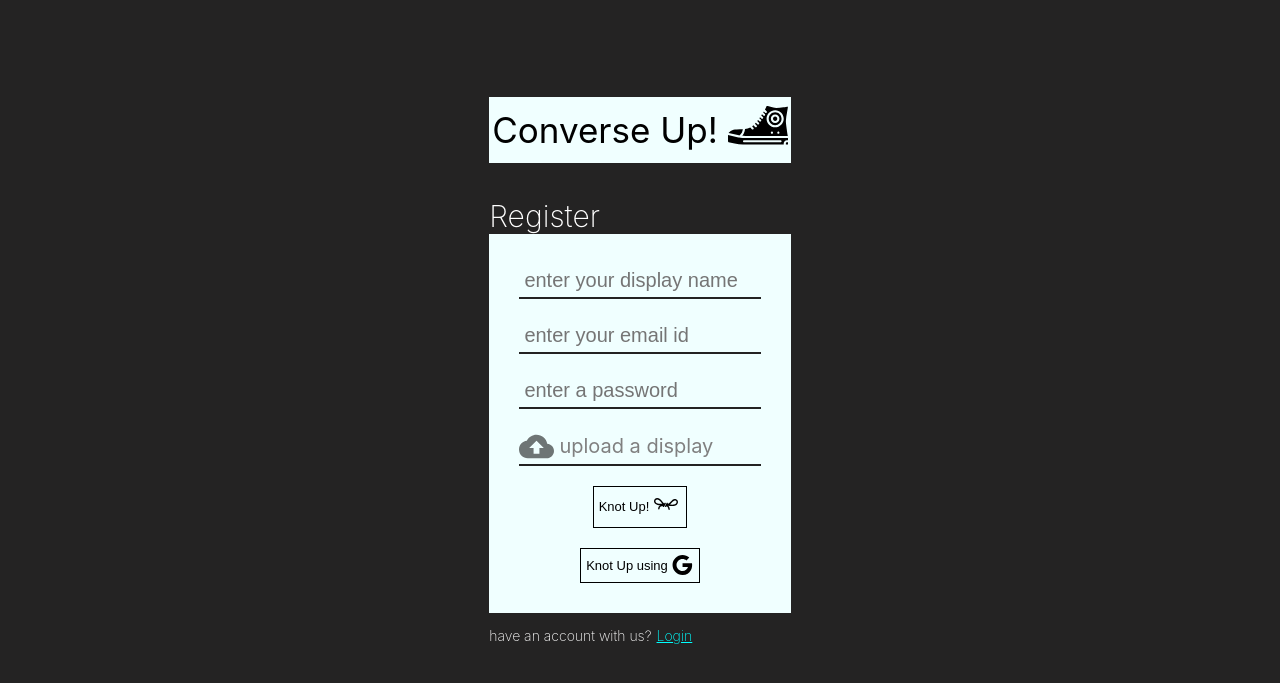
Repository: AkashCoder99/converseUp
Page: /register
These files come from the project's save history. The page is drawn as it stood at one moment and after the next save; the edit follows.
The browser window is 1280 px wide. The pictures show the whole page.
The project was rebuilt for these pictures with package versions that can differ from the ones it lists, and the page was loaded fresh each time. Also part of the build but not shown: src/Pages/Login.jsx, src/Components/Input.jsx, src/Components/Chat.jsx, src/Components/Navbar.jsx, src/Components/Search.jsx, src/Components/Chats.jsx, src/Components/Sidebar.jsx, src/Pages/Home.jsx. Imported but missing from the stored project, and not drawn on this page: src/Components/Messages.

Above is the page before, as saved 2023-04-26 16:46:53.

### src/App.js
import Register from "./Pages/Register";
import Login from "./Pages/Login";
import Home from "./Pages/Home";
import "./Style.scss";
import { BrowserRouter, Routes, Route, Navigate } from "react-router-dom";
import { AuthContext } from "./Context/AuthContext";
import { useContext } from "react";

function App() {
  const { currentUser } = useContext(AuthContext);

  const ProtectedRoute = ({ children }) => {
    if (!currentUser) {
      return <Navigate to="/login" />;
    }

    return children;
  };

  return (
    <div className="App">
      <BrowserRouter>
        <Routes>
          <Route path="/">
            <Route
              index
              element={
                <ProtectedRoute>
                  <Home />
                </ProtectedRoute>
              }
            />
            <Route path="login" element={<Login />} />
            <Route path="register" element={<Register />} />
          </Route>
        </Routes>
      </BrowserRouter>
    </div>
  );
}

export default App;

### src/Context/AuthContext.js
import { createContext, useEffect, useState } from "react";
import { auth } from "../firebase.config";
import { onAuthStateChanged } from "firebase/auth";

export const AuthContext = createContext();

export const AuthContextProvider = ({ children }) => {
  const [currentUser, setCurrentUser] = useState({});

  useEffect(() => {
    const unsub = onAuthStateChanged(auth, (user) => {
      setCurrentUser(user);
      console.log(user);
    });

    return () => {
      unsub();
    };
  }, []);

  return (
    <AuthContext.Provider value={{ currentUser }}>
      {children}
    </AuthContext.Provider>
  );
};

### src/Context/ChatContext.js
import { createContext, useContext, useReducer } from "react";
import { AuthContext } from "./AuthContext";

export const ChatContext = createContext();

export const ChatContextProvider = ({ children }) => {
  const { currentUser } = useContext(AuthContext);
  const INITIAL_STATE = {
    chatId: "null",
    user: {},
  };

  const chatReducer = (state, action) => {
    switch (action.type) {
      case "CHANGE_USER":
        return {
          user: action.payload,
          chatId:
            currentUser.uid > action.payload.uid
              ? currentUser.uid + action.payload.uid
              : action.payload.uid + currentUser.uid,
        };

      default:
        return state;
    }
  };

  const [state, dispatch] = useReducer(chatReducer, INITIAL_STATE);

  return (
    <ChatContext.Provider value={{ data: state, dispatch }}>
      {children}
    </ChatContext.Provider>
  );
};

### src/Pages/Register.jsx
import React, { useState } from "react";
import shoe from "../Assets/shoe.svg";
import lace from "../Assets/lace.svg";
import CloudUploadIcon from "@mui/icons-material/CloudUpload";
import GoogleIcon from "@mui/icons-material/Google";
import {
  createUserWithEmailAndPassword,
  signInWithPopup,
  updateProfile,
} from "firebase/auth";
import { auth, db, storage, provider } from "../firebase.config";
import { ref, uploadBytesResumable, getDownloadURL } from "firebase/storage";
import { doc, setDoc } from "firebase/firestore";
import { Link, useNavigate } from "react-router-dom";
import ErrorIcon from "@mui/icons-material/Error";

const Register = () => {
  const [err, setErr] = useState(false);
  const navigate = useNavigate();

  const handleSubmit = async (e) => {
    e.preventDefault();
    const displayName = e.target[0].value;
    const email = e.target[1].value;
    const password = e.target[2].value;
    const file = e.target[3].files[0];
    try {
      const res = await createUserWithEmailAndPassword(auth, email, password);

      const storageRef = ref(storage, displayName);

      await uploadBytesResumable(storageRef, file).then(() => {
        getDownloadURL(storageRef).then(async (downloadURL) => {
          try {
            await updateProfile(res.user, {
              displayName,
              photoURL: downloadURL,
            });
            await setDoc(doc(db, "users", res.user.uid), {
              uid: res.user.uid,
              displayName,
              email,
              photoURL: downloadURL,
            });

            await setDoc(doc(db, "userChats", res.user.uid), {});
            navigate("/");
          } catch (err) {
            console.log(err);
            setErr(true);
          }
        });
        console.log(res.user);
      });
    } catch (err) {
      setErr(true);
    }
  };
  const signInWithGoogle = async (e) => {
    e.preventDefault();
    await signInWithPopup(auth, provider).then((res) => {
      const user = res.user;
      setDoc(doc(db, "users", user.uid), {
        uid: user.uid,
        displayName: user.displayName,
        email: user.email,
        photoURL: user.photoURL,
      });
      setDoc(doc(db, "userChats", user.uid), {});
    });

    navigate("/");
  };

  return (
    <div className="form-container">
      <div className="form-wrapper">
        <p className="logo-text">
          Converse Up! <img src={shoe} className="logo" alt="logo" />
        </p>
        <span className="title">Register</span>
        <form onSubmit={handleSubmit}>
          <input type="text" placeholder="enter your display name" />
          <input type="email" placeholder="enter your email id" />
          <input type="password" placeholder="enter a password" />
          <label htmlFor="file-picker" className="file">
            <CloudUploadIcon color="action" fontSize="large" />
            upload a display
          </label>
          <input type="file" style={{ display: "none" }} id="file-picker" />
          <button className="btn">
            Knot Up!
            <img src={lace} className="icon" alt="lace" />
          </button>
          <button className="btn" onClick={signInWithGoogle}>
            Knot Up using <GoogleIcon />
          </button>
          {err && (
            <span style={{ color: "black", textAlign: "center" }}>
              <ErrorIcon color="error" />
              Something went wrong...
            </span>
          )}
        </form>
        <p className="login">
          have an account with us?
          <span>
            <Link to="/login" style={{ color: "cyan", marginLeft: "5px" }}>
              {" "}
              Login
            </Link>
          </span>
        </p>
      </div>
    </div>
  );
};

export default Register;

### src/Style.scss
@mixin mobile{
    @media screen and (max-width:480px){
        @content
    }
}

@mixin tablet{
    @media screen and (max-width:768px){
        @content
    }
}

@mixin laptop{
    @media screen and (max-width:1200px){
        @content
    }
}

.form-container{
    background-color: rgb(36, 35, 35);
    height: 100vh;
    display: flex;
    align-items: center;
    justify-content: center;
    color: white;

    .form-wrapper{
        .logo-text{
            background-color: azure;
            font-size: 35px;
            display: flex;
            align-items: center;
            gap: 10px;
            color:  black;
            width: fit-content;
            padding: 3px;
            text-align: center;
            .logo{
            width: 60px;
            height: 60px;
        }
        }
        .title{
            font-size: 30px;
            font-weight: 200;
        }
        form{
            padding: 10%;
            background-color: azure;
            display: flex;
            flex-direction: column;
            gap: 20px;

            input{
                font-weight: 100;
                max-height: 40px;
                padding: 5px;
                font-size: 20px;
                background-color: transparent;
                outline: none;
                border: none;
                border-bottom: 2px solid rgb(36, 35, 35);
                color: black;
            }
            .file{
                display: flex;
                align-items: center;
                gap: 5px;
                border-bottom: 2px solid rgb(36, 35, 35) ;
                color: grey;
                font-size: 20px;
                text-align: center;
            }
        }
        .btn{
            cursor: pointer;
            border: 1px solid black;
            display: flex;
            align-items: center;
            gap: 2px;
            font-size: 13px;
            background-color: transparent;
            outline: none;
            width: fit-content;
            padding: 2%;
            margin: auto;
            .icon{
            width: 30px;
            height: 30px;
            }
        }
        .login{
            display: flex;
            font-size: 14px;
            font-weight: 200;
        }
    }
}

.home{
    background-color: rgb(36, 35, 35);
    height: 100vh;
    display: flex;
    align-items: center;
    justify-content: center;
    color: white;
   .container{
    border: 1px solid white;
    width: 85%;
    height: 80%;
    display: flex;
    border-radius: 10px;
    overflow: hidden;
    .sidebar{
        @include mobile{
            min-width: 30%;
            display: flex;
            flex-direction: column;
            align-items: center;
        }
        flex: 1;
        border-right: 1px solid white;
        .navbar{
            display: flex;
            padding: 16px;
            align-items: center;
            justify-content:space-around;
            background-color: black;
            font-size: 20px;
            @include mobile{
                display: flex;
                gap: 4px;
                font-size: 12px;
            }
            .profile{
                width: 35px;
                height: 35px;
                border-radius: 50%;
                object-fit: cover;
                // @include mobile{
                //     display: none;
                // }
                }
            .selfname{
                @include mobile{
                    display: none;
                }
            }
        }
        .search{
            display: flex;
            flex-direction: column;
            @include mobile{
                // display: none;
            }
            .search-form{
            display: flex;
            align-items: center;
            padding: 10px;
            background-color: white;
            border-radius: 20px;
            margin: 10px;
            input{
            height: 100%;
            width: 100%;
            outline-style: none;
            border: none;
        }
        }
        .search-results{
            @include mobile{
                font-size: 12px;
            }
            display: flex;
            gap: 10px;
            align-items: center;
            margin: 20px;
            padding: 3%;
            border-bottom: 1px solid white;
            font-weight: 200;
            cursor: pointer;
        .profile{
            width: 35px;
            height: 35px;
            border-radius: 50%;
            object-fit: cover;
        }
        &:hover{
            background-color: black;
        }
    }
        }
        .chats{
            margin-top: 10px;
            @include mobile{
                width: 5px;
            }
            .search-results{
                display: flex;
                gap: 10px;
                margin: 20px;
                padding: 7% 2%;
                font-weight: 500;
                cursor: pointer;
                margin-top: -20px;
                .profile{
                    @include mobile{
                width: 35px;
                height: 35px;
                border-radius: 50%;
                object-fit: cover;
                display: flex;
                align-items:center;
                text-align: center;
                justify-content: center;
                justify-items: center;
                margin: auto;
                border: 1px solid wheat;
                margin-top: 20px;
                margin-left: -40px;
            }
                width: 35px;
                height: 35px;
                border-radius: 50%;
                object-fit: cover;
            }
            &:hover{
                background-color: black;
                @include mobile{
                    background-color: transparent;
                }
            }

            .profile-content{
            @include mobile{
                display: none;
            }
             display: flex;
             flex-direction: column;
             font-size: 14px;
            }
        }

    }
    }
    .chat{
        flex: 3;
        background-color: rgb(36, 35, 35);
        @include mobile{
            font-size: 12px;
        }
        .chatInfo{
            display: flex;
            background-color: black;
            padding: 16px;
            font-weight: 400;
            justify-content: center;
            gap: 10px;
            align-items: center;
            justify-items: center;
            margin: auto;
            font-size: 18px;
            @include mobile{
                font-size: 14px;
            }
            .profile{
                width: 35px;
                height: 35px;
                border-radius: 50%;
                object-fit: cover;
            }
        }
        .messages{
            height: calc(100% - 133px);
            overflow-x: hidden;
            padding: 10px;

        }
        .messages{
            height: calc(100% - 133px);
            overflow-x: hidden;
            padding: 10px;
        .message{
            display: flex;
            gap: 5px;
        .message-info{
            display: flex;
            flex-direction: column;
            gap: 5px;
            img{
            width: 35px;
            height: 35px;
            border-radius: 50%;
            object-fit: cover;
            }
            .date{
                padding-left: 2px;
                font-size: 9px;
            }
        }
        .message-content{
            background-color: white;
            color: black;
            border-radius: 1px 10px 10px 10px;
            width: fit-content;
            padding: 6px 7px 8px 9px;
            margin-bottom: 10px;

            hr{
                opacity: 0.5;
            }

        .shared-photo{
            @include mobile{
                height: 180px;
                width: 180px;
            }
            height: 250px;
            width: 250px;
        }
        }
        .date{
            padding-left: 2px;
            font-size: 9px;
        }


        &.owner {
            flex-direction: row-reverse;
            .message-content{
                align-items: flex-end;
                background-color: black;
                border-radius: 10px 0px 10px 10px;
                color: white;
                padding: 6px 7px 8px 9px;

            }
        }
        }
        }
        .input{
            background-color: black;
            color: white;
            display: flex;
            height: 35px;
            padding: 10px;
            input{
                background-color: black;
                color: white;
                width: 80%;
                outline: none;
                border: none;
                border-bottom: 1px solid white;
                height: 100%;
                font-size: 18px;
                justify-content: center;
                align-items: center;
                margin: auto;
                &::placeholder {
                    color:white;
                  }
                  @include mobile{
                    font-size: 12px;
                   }
            }
            .chat-icons{
                display: flex;
                gap: 6px;
                padding: 5px;
                cursor: pointer;

            }
        }
    }
   }
}

### src/firebase.config.js
import { initializeApp } from "firebase/app";
import { getAuth } from "firebase/auth";
import { getFirestore } from "firebase/firestore";
import { getStorage } from "firebase/storage";
import { GoogleAuthProvider } from "firebase/auth";

const firebaseConfig = {
  apiKey: "AIzaSyC8RA39T9QrU8a1ZBM0OBJxX7V0J3eK1d4",
  authDomain: "converseup-85e32.firebaseapp.com",
  projectId: "converseup-85e32",
  storageBucket: "converseup-85e32.appspot.com",
  messagingSenderId: "193840261001",
  appId: "1:193840261001:web:e8cbeb927a6db597b86358",
};

export const app = initializeApp(firebaseConfig);
export const auth = getAuth();
export const storage = getStorage();
export const db = getFirestore();
export const provider = new GoogleAuthProvider();

Loaded but not shown: public/index.html (common file); src/index.js (common file); src/index.css (common file)

After the next save:
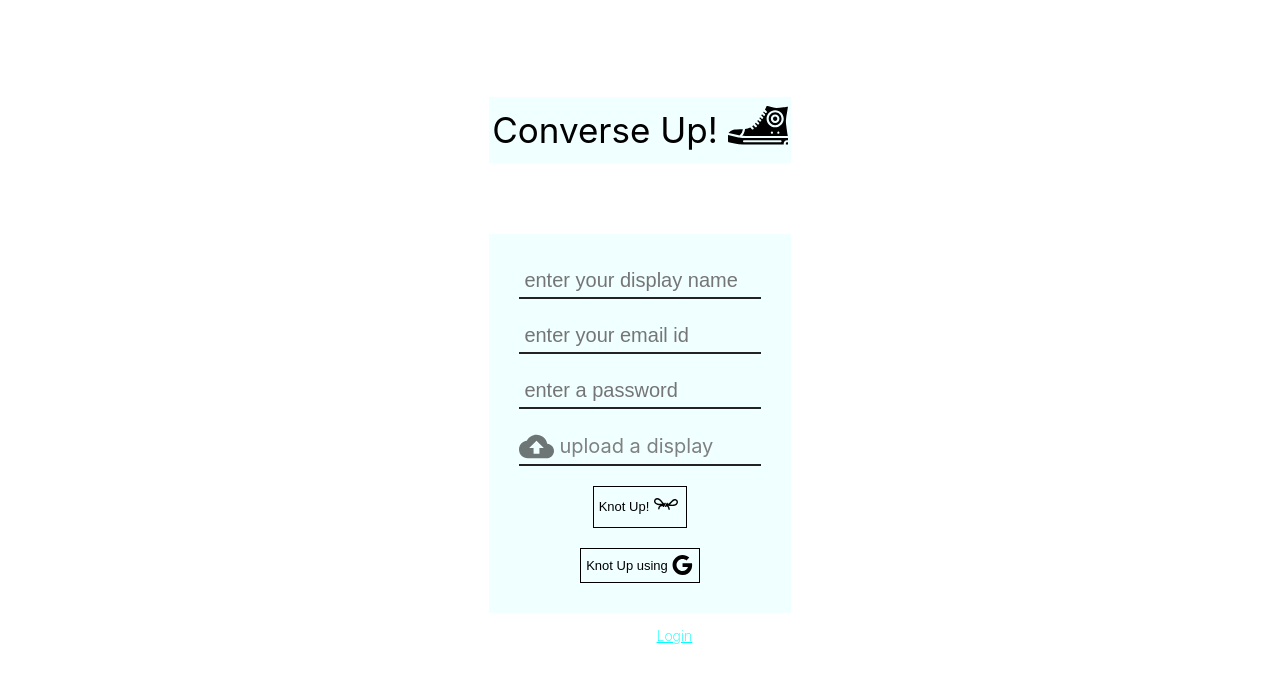
Saved 5 min 21 s later.
--- a/src/Style.scss
+++ b/src/Style.scss
@@ -17,7 +17,7 @@
 }
 
 .form-container{
-    background-color: rgb(36, 35, 35);
+    // background-color: rgb(36, 35, 35);
     height: 100vh;
     display: flex;
     align-items: center;

After the 2 saves that followed:
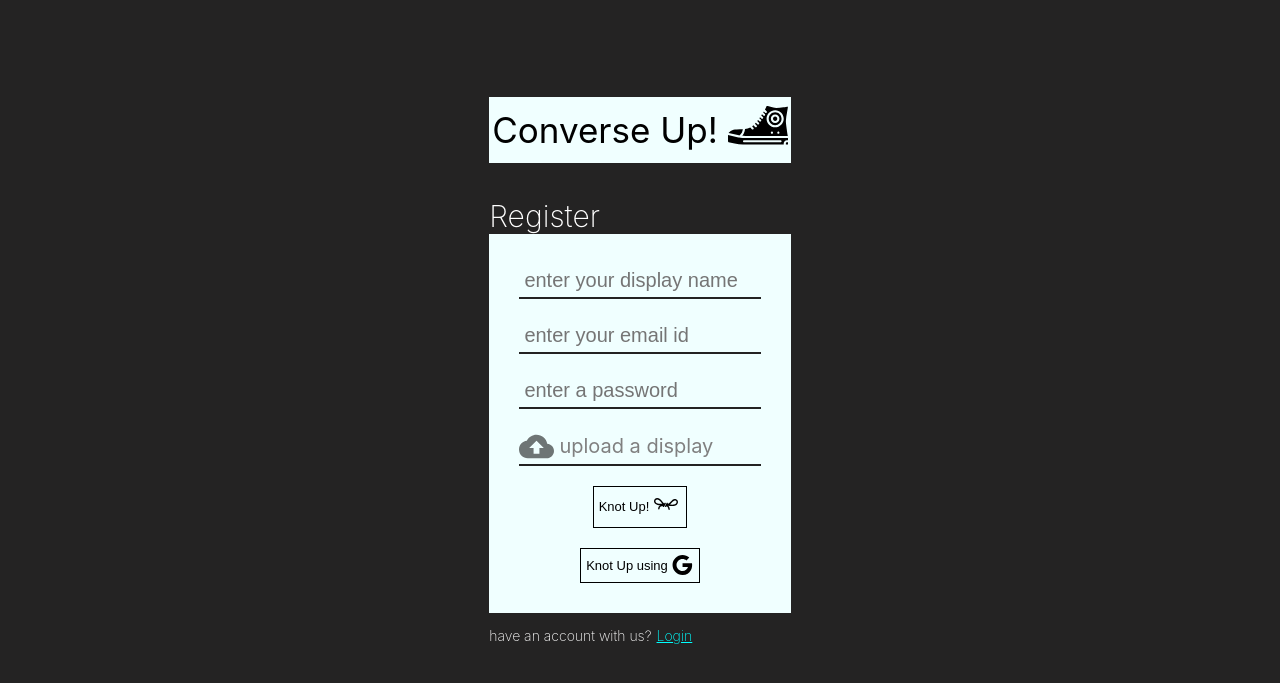
The 2 saves are shown as one change because 1 left the picture as it was.
The last was saved 41 s later.
--- a/src/Style.scss
+++ b/src/Style.scss
@@ -17,7 +17,7 @@
 }
 
 .form-container{
-    // background-color: rgb(36, 35, 35);
+    background-color: rgb(36, 35, 35);
     height: 100vh;
     display: flex;
     align-items: center;
